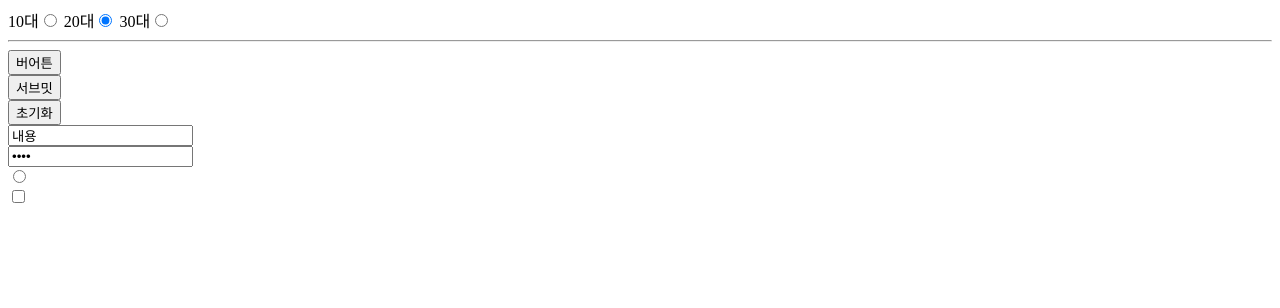
Repository: jwlee0714/HTML
Page: html/day02.html
The author's editor kept a copy of each file at every save. The page is drawn from the files as they stood at one save, then again after the next save.
The browser window is 1280 px wide. The pictures show the whole page.

Above is the page before, as saved 2021-10-05 06:57:57.

### html/day02.html
<!DOCTYPE html>
<html>
<head>
<meta charset="UTF-8">
<title>Insert title here</title>
</head>
<body>
10대<input type="radio" name="age">
20대<input type="radio" name="age" checked>
30대<input type="radio" name="age">

<hr>
	<input type="button" value="버어튼"><br>
	<input type="submit" value="서브밋"><br>
	<input type="reset" value="초기화"><br>
	<input type="text" value ="내용"><br>
	<input type="password" value="비밀번호"><br>
	<input type="radio"><br>
	<input type="checkbox"><br>


</body>
</html>

After the next save:
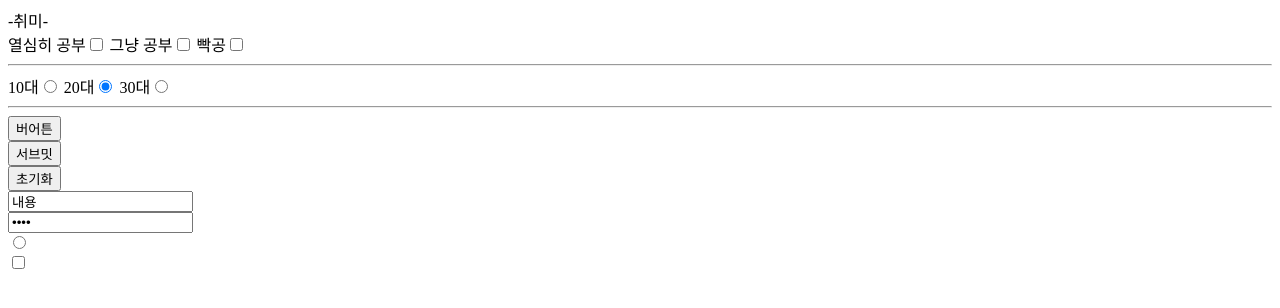
Saved 113 s later.
--- a/html/day02.html
+++ b/html/day02.html
@@ -5,11 +5,20 @@
 <title>Insert title here</title>
 </head>
 <body>
+
+-취미-<br>
+열심히 공부<input type="checkbox">
+그냥 공부<input type="checkbox">
+빡공<input type="checkbox">
+
+<hr>
+
 10대<input type="radio" name="age">
 20대<input type="radio" name="age" checked>
 30대<input type="radio" name="age">
 
 <hr>
+
 	<input type="button" value="버어튼"><br>
 	<input type="submit" value="서브밋"><br>
 	<input type="reset" value="초기화"><br>
